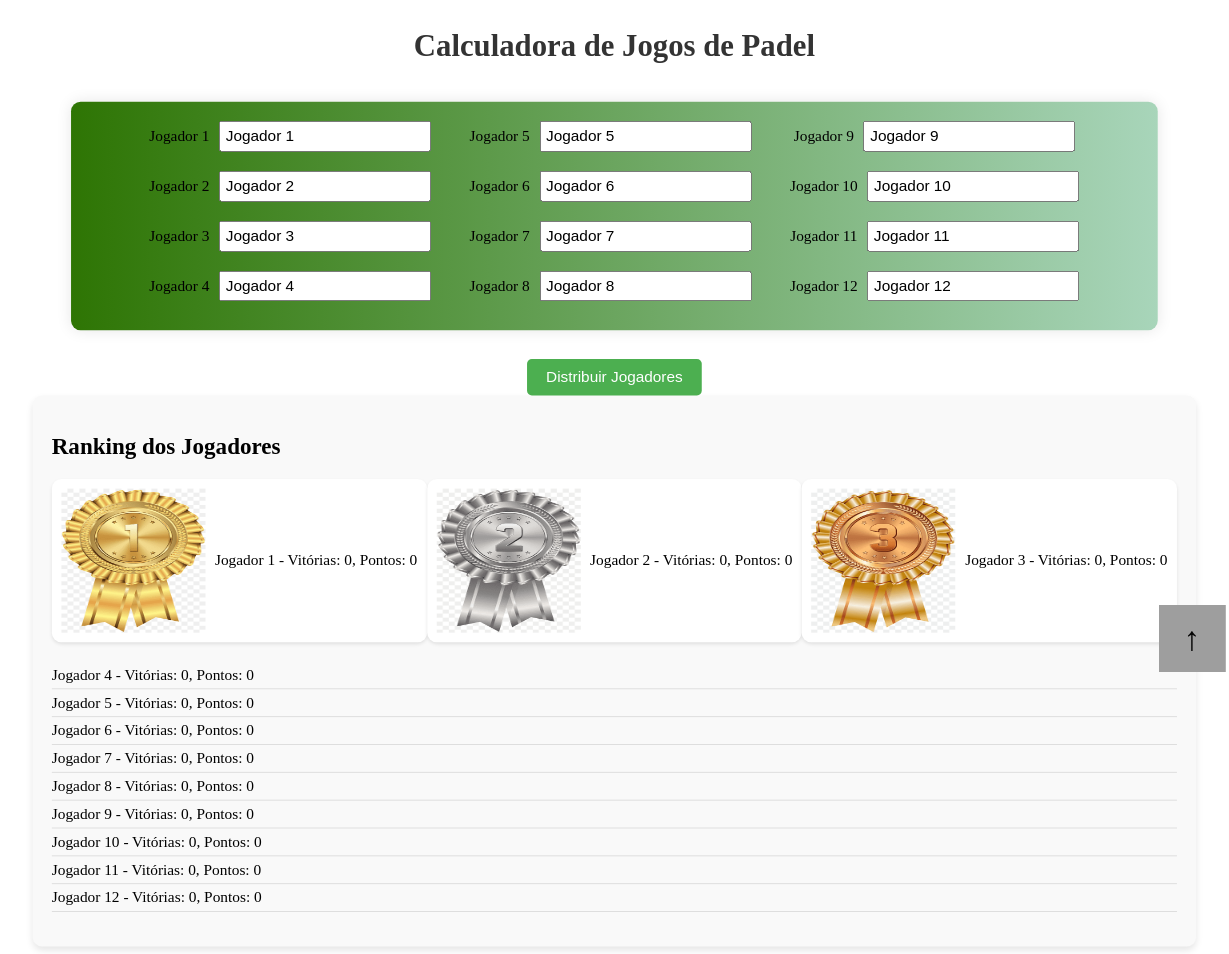
Repository: MarcioMiguel22/PadelMaster
Page: /calculadora
The author's editor kept a copy of each file at every save. The page is drawn from the files as they stood at one save, then again after the next save.
The browser window is 1280 px wide. The pictures show the whole page, at 96% of full size.
Pictures or frames that could not be fetched are drawn as grey boxes. The project was rebuilt for these pictures with package versions that can differ from the ones it lists, and the page was loaded fresh each time. Also part of the build but not shown: vite.config.ts, src/pages/Home/Home.tsx, src/components/components_calculadora/Campo.tsx, src/components/components_calculadora/Jogo.tsx, src/index.css.

Above is the page before, as saved 2024-06-14 15:28:09.

### src/main.tsx
///home/marciomiguel/code/MarcioMiguel22/Sites/PadelMaster/src/main.tsx
import { render } from 'react-dom';
import { StrictMode } from 'react';
import App from './App';
import './index.css';

const root = document.getElementById('root')!;
render(
  <StrictMode>
    <App />
  </StrictMode>,
  root
);

### src/App.tsx

///home/marciomiguel/code/MarcioMiguel22/Sites/PadelMaster/src/App.tsx

import { BrowserRouter, Routes, Route } from 'react-router-dom';
import Home from './pages/Home/Home';
import Calculadora from './pages/Calculadora/Calculadora';

function App() {
  return (
    <BrowserRouter>
      <Routes>
        <Route path="/" element={<Home />} />
        <Route path="/calculadora" element={<Calculadora />} /> // Wrap Calculadora component with curly braces
      </Routes>
    </BrowserRouter>
  );
}

export default App

### src/pages/Calculadora/Calculadora.tsx
import React, { useState } from 'react';
import './Calculadora.css';
import JogadoresLista from '../../components/components_calculadora/JogadoresLista';
import Jogo from '../../components/components_calculadora/Jogo';
import Ranking from '../../components/components_calculadora/Ranking';
import { Jogador, Time, Campo as CampoType } from '../../utils/types/types'; // Importando os tipos
import { iniciarProximoJogo } from '../../components/components_calculadora/logic/gameLogic'; // Importando a função
import ScrollToTopButton from '../../components/components_calculadora/ScrollToTopButton'; // Importando o novo componente

const jogadoresIniciais: Jogador[] = Array.from({ length: 12 }, (_, i) => ({
  id: i + 1,
  nome: `Jogador ${i + 1}`,
  vitorias: 0,
  pontos: 0,
}));

const embaralharArray = <T,>(array: T[]): T[] => {
  const copiaArray = [...array];
  for (let i = copiaArray.length - 1; i > 0; i--) {
    const j = Math.floor(Math.random() * (i + 1));
    [copiaArray[i], copiaArray[j]] = [copiaArray[j], copiaArray[i]];
  }
  return copiaArray;
};

const criarTimes = (jogadores: Jogador[]): Time[] => {
  const jogadoresEmbaralhados = embaralharArray(jogadores);
  const times: Time[] = [];
  for (let i = 0; i < jogadoresEmbaralhados.length; i += 2) {
    times.push({ jogadores: jogadoresEmbaralhados.slice(i, i + 2), resultado: 0 });
  }
  return times;
};

const criarCampos = (times: Time[]): CampoType[] => [
  { id: 1, times: times.slice(0, 2) },
  { id: 2, times: times.slice(2, 4) },
  { id: 3, times: times.slice(4, 6) },
];

const CalculadoraApp: React.FC = () => {
  const [jogadores, setJogadores] = useState<Jogador[]>(jogadoresIniciais);
  const [jogos, setJogos] = useState<CampoType[][]>([]);

  const handleNomeChange = (id: number, novoNome: string) => {
    setJogadores(jogadores.map(jogador =>
      jogador.id === id ? { ...jogador, nome: novoNome } : jogador
    ));
  };

  const handleResultadoChange = (jogoIndex: number, campoId: number, timeIndex: number, novoResultado: number) => {
    setJogos(jogos.map((jogo, idx) =>
      idx === jogoIndex
        ? jogo.map(campo =>
            campo.id === campoId
              ? {
                  ...campo,
                  times: campo.times.map((time, index) =>
                    index === timeIndex ? { ...time, resultado: novoResultado } : time
                  ),
                }
              : campo
          )
        : jogo
    ));
  };

  const handleNomeEdit = (jogoIndex: number, campoId: number, timeIndex: number, jogadorIndex: number, novoNome: string) => {
    setJogos(jogos.map((jogo, idx) =>
      idx === jogoIndex
        ? jogo.map(campo =>
            campo.id === campoId
              ? {
                  ...campo,
                  times: campo.times.map((time, tIdx) =>
                    tIdx === timeIndex
                      ? {
                          ...time,
                          jogadores: time.jogadores.map((jogador, jIdx) =>
                            jIdx === jogadorIndex ? { ...jogador, nome: novoNome } : jogador
                          ),
                        }
                      : time
                  ),
                }
              : campo
          )
        : jogo
    ));
  };

  const distribuirJogadores = () => {
    const times = criarTimes(jogadores);
    const novosCampos = criarCampos(times);
    setJogos([novosCampos]);
  };

  const getTeamClass = (campo: CampoType, timeIndex: number): string => {
    if (campo.times.length < 2) return '';
    const resultadoAtual = campo.times[timeIndex].resultado;
    const resultadoOponente = campo.times[1 - timeIndex]?.resultado;
    if (resultadoAtual > resultadoOponente) return 'team vencedor';
    if (resultadoAtual < resultadoOponente) return 'team perdedor';
    return 'team';
  };

  const jogadoresClassificados = [...jogadores].sort((a, b) => {
    if (b.vitorias === a.vitorias) {
      return b.pontos - a.pontos;
    }
    return b.vitorias - a.vitorias;
  });

  return (
    <div className="calculadora-container">
      <h1>Calculadora de Jogos de Padel</h1>
      <div className="main-content">
        <JogadoresLista jogadores={jogadores} handleNomeChange={handleNomeChange} />
        <div className="fields-container">
          <button onClick={distribuirJogadores} className="distribute-button">Distribuir Jogadores</button>
          {jogos.map((jogo, jogoIndex) => (
            <Jogo
              key={jogoIndex}
              jogo={jogo}
              jogoIndex={jogoIndex}
              handleResultadoChange={handleResultadoChange}
              handleNomeEdit={handleNomeEdit}
              getTeamClass={getTeamClass}
            />
          ))}
        </div>
        {jogos.length > 0 && jogos.length < 5 && (
          <button onClick={() => iniciarProximoJogo(jogos, setJogos)} className="distribute-button">Jogo {jogos.length + 1}</button>
        )}
        <ScrollToTopButton />
        <Ranking jogadoresClassificados={jogadoresClassificados} />
      </div>
    </div>
  );
};

export default CalculadoraApp;

### src/pages/Home/Home.module.css
.padel-container {
  text-align: center;
  background-color: white;
  padding: 20px;
  border-radius: 10px;
  box-shadow: 0 0 10px rgba(0, 0, 0, 0.1);
}

h1 {
  color: #333;
  margin-bottom: 20px;
}

.padel-image {
  max-width: 50%;
  height: auto;
  border-radius: 10px;
  margin-bottom: 20px;
}

.enter-button {
  background-image: url('../../assets/images/tennis-ball.png'); /* Ensure the path is correct */
  background-size: cover;
  background-position: center;
  background-repeat: no-repeat;
  width: 60px;
  height: 60px;
  border: none;
  border-radius: 50%;
  cursor: pointer;
  padding: 0;
}

.enter-button:hover {
  transform: scale(1.1);
}

### src/pages/Calculadora/Calculadora.css
.calculadora-container {
  /* padding: 20px;
  text-align: center; */
  display: flex;
  flex-direction: column;
  align-items: center;
  gap: 20px;
}

.main-content {

  gap: 20px;
}

.jogadores-lista {
  background: linear-gradient(to right, #2e7504, #a8d5ba);
  display: flex;
  flex-direction: row;
  justify-content: center;
  gap: 40px;

  width: 90%;
  max-width: 1200px;
  margin: 0 auto;
  padding: 20px;

  border-radius: 10px;
  box-shadow: 0 0 15px rgba(0, 0, 0, 0.1);
}

.jogadores-coluna {
  display: flex;
  flex-direction: column;
  align-items: center;
  gap: 10px;
}

.jogador-item {
  display: flex;
  align-items: center;
  margin-bottom: 10px;
}

.jogador-item label {
  margin-right: 10px;
}

.jogador-item input {
  padding: 5px;
  font-size: 16px;
}

.jogador-input {
  margin-right: 5px;
  padding: 5px;
  font-size: 16px;
  border: 1px solid #ccc;
  border-radius: 5px;
}

.distribute-button, .scroll-to-top {
  background-color: #4CAF50;
  color: white;
  padding: 10px 20px;
  border: none;
  border-radius: 5px;
  cursor: pointer;
  font-size: 16px;
  margin-top: 10px;
}

.distribute-button:hover, .scroll-to-top:hover {
  background-color: #45a049;
}

.fields-container {
  display: flex;
  flex-direction: column;
  align-items: center;
  margin-top: 20px;
}

.jogo {
  margin-bottom: 40px;
}

.campos {
  display: flex;
  justify-content: space-around;
}

.field {
  background: linear-gradient(to right, #c3e8ad, #a8d5ba);
  padding: 20px;
  border-radius: 10px;
  box-shadow: 0 0 10px rgba(0, 0, 0, 0.1);
  width: 30%;
}

.field h2 {
  margin-top: 0;
}

.team {

  list-style-type: none;
  padding: 5px;
  background-color: #fff;
  margin: 5px 0;
  border-radius: 5px;
  box-shadow: 0 0 5px rgba(0, 0, 0, 0.1);
  width:fit-content; /* Ajuste o valor conforme necessário */
}


.team.vencedor {
  background-color: #d4edda; /* Verde claro */
}

.team.perdedor {
  background-color: #f8d7da; /* Vermelho claro */
}

.team div {
  display: flex;
  align-items: center;
}

.team input.resultado-input {
  margin-left: 10px;
  width: 45px;
  padding: 5px;
  font-size: 16px;
}

.ranking-container {
  margin-top: 40px;
}

.ranking-container h2 {
  margin-bottom: 10px;
}

.ranking-container ul {
  list-style-type: none;
  padding: 0;
}

.ranking-container li {
  margin: 5px 0;
}

### src/components/components_calculadora/JogadoresLista.tsx
import React from 'react';
import JogadorItem from './JogadorItem';
import { Jogador } from '../../utils/types/types'; // Importando o tipo Jogador

interface JogadoresListaProps {
  jogadores: Jogador[];
  handleNomeChange: (id: number, novoNome: string) => void;
}

const JogadoresLista: React.FC<JogadoresListaProps> = ({ jogadores, handleNomeChange }) => (
  <div className="jogadores-lista">
    {Array.from({ length: 3 }, (_, i) => (
      <div className="jogadores-coluna" key={i}>
        {jogadores.slice(i * 4, (i + 1) * 4).map(jogador => (
          <JogadorItem
            key={jogador.id}
            jogador={jogador}
            handleNomeChange={handleNomeChange}
          />
        ))}
      </div>
    ))}
  </div>
);

export default JogadoresLista;

### src/components/components_calculadora/Ranking.tsx
import React from 'react';
import ouro from '../../assets/images/ouro.png';
import prata from '../../assets/images/prata.png';
import bronze from '../../assets/images/bronze.png';
import styles from './Ranking.module.css';

interface Jogador {
  id: number;
  nome: string;
  vitorias: number;
  pontos: number;
}

interface RankingProps {
  jogadoresClassificados: Jogador[];
}

const Ranking: React.FC<RankingProps> = ({ jogadoresClassificados }) => {
  const top3 = jogadoresClassificados.slice(0, 3);
  const outrosJogadores = jogadoresClassificados.slice(3);

  const medalhas = [ouro, prata, bronze];

  return (
    <div className={styles.rankingContainer}>
      <h2>Ranking dos Jogadores</h2>
      <div className={styles.top3Container}>
        {top3.map((jogador, index) => (
          <div key={jogador.id} className={styles.top3Item}>
            <img src={medalhas[index]} alt={`Medalha de ${index + 1}`} className={styles.medalha} />
            {jogador.nome} - Vitórias: {jogador.vitorias}, Pontos: {jogador.pontos}
          </div>
        ))}
      </div>
      <ul className={styles.outrosJogadores}>
        {outrosJogadores.map((jogador) => (
          <li key={jogador.id}>
            {jogador.nome} - Vitórias: {jogador.vitorias}, Pontos: {jogador.pontos}
          </li>
        ))}
      </ul>
    </div>
  );
};

export default Ranking;

### src/components/components_calculadora/logic/gameLogic.ts
import { Jogador, Campo as CampoType } from '../../../utils/types/types';

export const separarDuplas = (jogadores: Jogador[]): Jogador[] => {
  const separados: Jogador[] = [];
  while (jogadores.length) {
    const [jogador1, jogador2] = jogadores.splice(0, 2);
    separados.push(jogador1);
    if (jogador2) separados.push(jogador2);
  }
  return separados;
};

export const iniciarProximoJogo = (jogos: CampoType[][], setJogos: React.Dispatch<React.SetStateAction<CampoType[][]>>) => {
  const ultimoJogo = jogos[jogos.length - 1];
  const novosCampos: CampoType[] = [
    { id: 1, times: [] },
    { id: 2, times: [] },
    { id: 3, times: [] },
  ];

  const campo1 = ultimoJogo.find(campo => campo.id === 1);
  const campo2 = ultimoJogo.find(campo => campo.id === 2);
  const campo3 = ultimoJogo.find(campo => campo.id === 3);

  if (campo1 && campo2 && campo3) {
    const [time1Campo1, time2Campo1] = campo1.times;
    const [time1Campo2, time2Campo2] = campo2.times;
    const [time1Campo3, time2Campo3] = campo3.times;

    // Vencedores e perdedores dos campos
    const vencedoresCampo1 = time1Campo1.resultado > time2Campo1.resultado ? time1Campo1.jogadores : time2Campo1.jogadores;
    const perdedoresCampo1 = time1Campo1.resultado > time2Campo1.resultado ? time2Campo1.jogadores : time1Campo1.jogadores;

    const vencedoresCampo2 = time1Campo2.resultado > time2Campo2.resultado ? time1Campo2.jogadores : time2Campo2.jogadores;
    const perdedoresCampo2 = time1Campo2.resultado > time2Campo2.resultado ? time2Campo2.jogadores : time1Campo2.jogadores;

    const vencedoresCampo3 = time1Campo3.resultado > time2Campo3.resultado ? time1Campo3.jogadores : time2Campo3.jogadores;
    const perdedoresCampo3 = time1Campo3.resultado > time2Campo3.resultado ? time2Campo3.jogadores : time1Campo3.jogadores;

    // Atualizar pontuação dos jogadores
    const margemVitoriaCampo1 = Math.abs(time1Campo1.resultado - time2Campo1.resultado);
    const margemVitoriaCampo2 = Math.abs(time1Campo2.resultado - time2Campo2.resultado);
    const margemVitoriaCampo3 = Math.abs(time1Campo3.resultado - time2Campo3.resultado);

    vencedoresCampo1.forEach(jogador => {
      jogador.vitorias += 1;
      jogador.pontos += margemVitoriaCampo1;
    });

    vencedoresCampo2.forEach(jogador => {
      jogador.vitorias += 1;
      jogador.pontos += margemVitoriaCampo2;
    });

    vencedoresCampo3.forEach(jogador => {
      jogador.vitorias += 1;
      jogador.pontos += margemVitoriaCampo3;
    });

    // Campo 1: vencedores do campo 1 e vencedores do campo 2
    novosCampos[0].times.push(
      { jogadores: [vencedoresCampo1[0], vencedoresCampo2[0]], resultado: 0 },
      { jogadores: [vencedoresCampo1[1], vencedoresCampo2[1]], resultado: 0 }
    );

    // Campo 2: perdedores do campo 1 e vencedores do campo 3
    novosCampos[1].times.push(
      { jogadores: [perdedoresCampo1[0], vencedoresCampo3[0]], resultado: 0 },
      { jogadores: [perdedoresCampo1[1], vencedoresCampo3[1]], resultado: 0 }
    );

    // Campo 3: perdedores do campo 2 e perdedores do campo 3
    novosCampos[2].times.push(
      { jogadores: [perdedoresCampo2[0], perdedoresCampo3[0]], resultado: 0 },
      { jogadores: [perdedoresCampo2[1], perdedoresCampo3[1]], resultado: 0 }
    );
  }

  setJogos([...jogos, novosCampos]);
};

### src/components/components_calculadora/ScrollToTopButton.tsx
import React from 'react';
import tennisBall from '../../assets/images/tennis-ball.png';
import styles from './ScrollToTopButton.module.css'; // Importando o arquivo CSS Module

const ScrollToTopButton: React.FC = () => {
  const scrollToTop = () => {
    window.scrollTo({ top: 0, behavior: 'smooth' });
  };

  return (
    <button onClick={scrollToTop} className={styles.scrollToTop}>
      <img src={tennisBall} alt="Tennis Ball" className={styles.tennisBall} />
      <span className={styles.arrowUp}>↑</span>
    </button>
  );
};

export default ScrollToTopButton;

### src/components/components_calculadora/JogadorItem.tsx
import React from 'react';
import { Jogador } from '../../utils/types/types'; // Importando o tipo Jogador

interface JogadorItemProps {
  jogador: Jogador;
  handleNomeChange: (id: number, novoNome: string) => void;
}

const JogadorItem: React.FC<JogadorItemProps> = ({ jogador, handleNomeChange }) => (
  <div className="jogador-item">
    <label>{`Jogador ${jogador.id}`}</label>
    <input
      type="text"
      value={jogador.nome}
      onChange={(e) => handleNomeChange(jogador.id, e.target.value)}
    />
  </div>
);

export default JogadorItem;

### src/components/components_calculadora/Ranking.module.css
.rankingContainer {
  padding: 20px;
  background-color: #f9f9f9;
  border-radius: 10px;
  box-shadow: 0 4px 8px rgba(0, 0, 0, 0.1);
}

.top3Container {
  display: flex;
  justify-content: space-around;
  margin-bottom: 20px;
}

.top3Item {
  display: flex;
  align-items: center;
  padding: 10px;
  background-color: #ffffff;
  border-radius: 10px;
  box-shadow: 0 2px 4px rgba(0, 0, 0, 0.1);
}

.medalha {
  width: 150px;
  height: 150px;
  margin-right: 10px;
  transition: transform 0.3s ease-in-out;
}

.medalha:hover {
  transform: scale(1.2);
  animation: pulse 1s infinite;
}

@keyframes pulse {
  0% {
    transform: scale(1.2);
  }
  50% {
    transform: scale(1.25);
  }
  100% {
    transform: scale(1.2);
  }
}

.outrosJogadores {
  list-style-type: none;
  padding: 0;
}

.outrosJogadores li {
  padding: 5px 0;
  border-bottom: 1px solid #ddd;
}

### src/components/components_calculadora/ScrollToTopButton.module.css
.scrollToTop {
  position: fixed;
  bottom: 20px;
  left: 97%;
  transform: translateX(-50%);
  width: 70px;
  height: 70px;
  border: none;
  background: none;
  cursor: pointer;
  display: flex;
  align-items: center;
  justify-content: center;
}

.tennisBall {
  width: 100%;
  height: 100%;
  position: absolute;
}

.arrowUp {
  position: absolute;
  font-size: 35px;
  color: rgb(5, 5, 5);
  font-weight: bold;
  z-index: 1;
}

Loaded but not shown: index.html (common file)

After the next save:
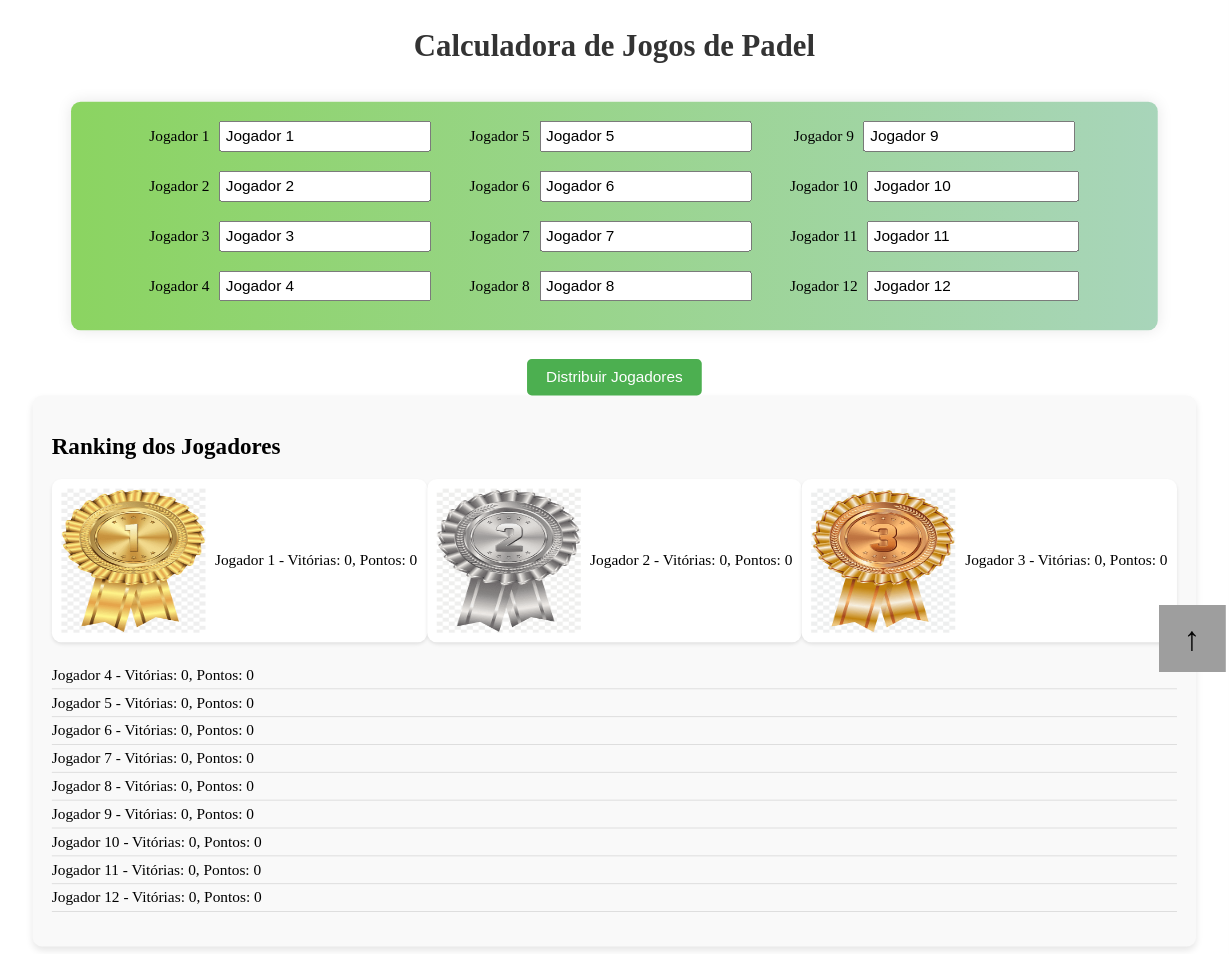
Saved 4 s later.
--- a/src/pages/Calculadora/Calculadora.css
+++ b/src/pages/Calculadora/Calculadora.css
@@ -13,7 +13,7 @@
 }
 
 .jogadores-lista {
-  background: linear-gradient(to right, #2e7504, #a8d5ba);
+  background: linear-gradient(to right, #8bd461, #a8d5ba);
   display: flex;
   flex-direction: row;
   justify-content: center;
